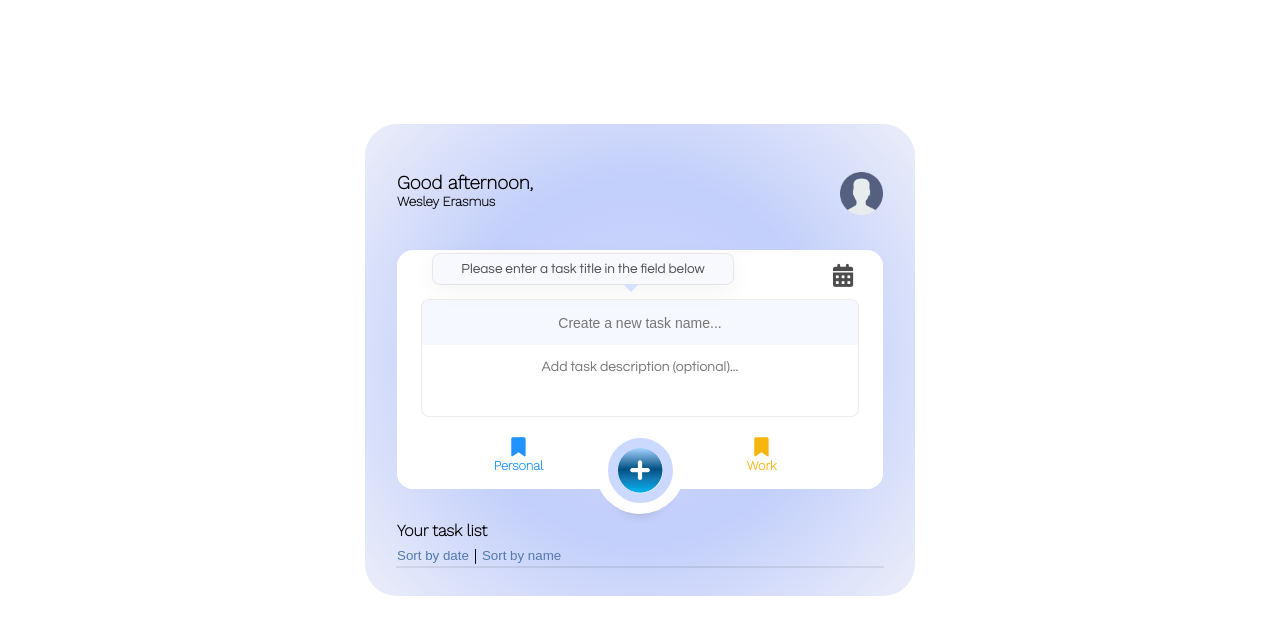
Repository: WesleyErasmus/Todo-App
Page: todoApp.html
These files come from the project's save history. The page is drawn as it stood at one moment and after the next save; the edit follows.
The browser window is 1280 px wide. The pictures show the whole page.
Some web libraries are served in a nearby version.

Above is the page before, as saved 2022-06-23 12:36:52.

### todoApp.html
<!DOCTYPE html>
<html lang="en">

<head>
    <meta charset="UTF-8">
    <meta http-equiv="X-UA-Compatible" content="IE=edge">
    <meta name="viewport" content="width=device-width, initial-scale=1.0">
    <title>Todo App</title>
    <script src="https://kit.fontawesome.com/81ea498f91.js" crossorigin="anonymous"></script>
    <link rel="stylesheet" href="/source/css/todoApp.css">
    <script src="/source/script/todoApp.js" defer></script>
</head>

<body>
    <!-- App wrapper -->
    <main class="app-wrapper">
        <!-- App header -->
        <header>
            <!-- Greeting and Name -->
            <div class="app-heading">
                <h3>Good afternoon, </h3>
                <h5>Wesley Erasmus</h5>
            </div>
            <!-- Profile picture -->
            <div id="profile-picture">
                <img src="/images/user.png" alt="" style="width: 43px;">
            </div>
        </header>

        <!-- Categories section -->
        <section>
            <form id="task-list-form">
                <div class="create-submit">
                    <span class="error-validation-message">Please enter a task title in the field below</span>
                    <!-- Task title input -->
                    <input type="text" name="title" id="title" placeholder="Create a new task name..." />
                    <!-- task description textarea -->
                    <textarea name="description" id="description" cols="30" rows="3" placeholder="Add task description (optional)..."></textarea>
                    <!-- Due date calendar icon -->
                    <span class="datePicker-toggle">
                        <span class="datePicker-toggle-button"></span>
                        <input type="date" name="date" class="datePicker-input">
                        <i class="fa-solid fa-calendar-days"></i>
                    </span>
                    <!-- Calendar tooltip message -->
                    <span class="calendar-tooltip">Add a due date</span>

                    <!-- task submit button -->
                    <button id="add-task-btn" type="submit" value="create-new-task">
                        <!-- add task button -->
                        <i class="fa-solid fa-circle-plus"></i>
                    </button>
                    <div class="circle onclick-background-change"></div>
                </div>

                <!-- Categories -->
                <div class="category-selectors">
                    <!-- Personal category -->
                    <label class="personal-category-btn onclick-background-change">
                        <input type="radio" name="category" value="Personal" class="personal-category"
                            id="personal-category"  />
                        <i class="fa-solid fa-bookmark"></i>
                        <h4 class="category-h4">Personal</h4>
                    </label>
                    <!-- Work category -->
                    <label class="work-category-btn onclick-background-change">
                        <input type="radio" name="category" value="Work" class="work-category" id="work-category" />
                        <i class="fa-solid fa-bookmark"></i>
                        <h4 class="category-h4">Work</h4>
                    </label>
                </div>
                <!-- End of categories div -->
                </div>
            </form>
        </section>

        <!-- Task list is created here, new tasks are outputted below -->
        <section class="todo-list-output">
            <div id="list-header">
                <div>Your task list</div>
            </div>
            <!-- SEARCH BAR -->
            <div id="search-filter-section">
                <!-- <form id="search-bar">
                <input type="text"
                id="search-bar"
                placeholder="Search for task...">
                <button type="submit"><i class="fa fa-search"
                id="search-submit-btn"></i></button>
                </form> -->
                <!-- filter dropdown  ***WORK IN PROGRESS*** -->
                <button id="sort-by-date" value="date">Sort by date</button>
                <p>|</p>
                <button id="sort-by-name" value="name">Sort by name</button>
                <!-- <form id="sort-tasks-form">
                    <select name="sort-by" id="sort-by">
                        <option >Sort</option>
                        <option id="sort-by-date" value="date">Sort by date</option>
                        <option id="sort-by-name" value="name">Sort by title</option>
                    </select>
                </form> -->

            </div>
            <!-- Actual task list output -->
            <div class="task-list" id="task-list">
                <!-- <div class="task-item">

                        <label id="personal-category-btn">
                        <input class="completed" type="checkbox" />
                        <input
                            type="radio"
                            name="category"
                            value="Work"
                            id="work-category" />
                            <i class="fa-solid fa-bookmark"></i>
                        </label>
                        <div class="task-content">
                            Test title
                            <p class="task-description">Lorem ipsum dolor sit amet consectetur adipisicing elit. Recusandae, deleniti.</p>
                        </div>

                        <div class="edit-delete">
                            <button class="edit"><i class="fa-solid fa-pencil"></i></button>
                            <button class="delete"><i class="fa fa-trash" aria-hidden="true"></i></button>
                            <button class="show-hide-description">Show description
                            </button>
                        </div>

                    </div> -->
            </div>
        </section>
    </main> <!-- End of App wrapper -->

</body>

</html>

### source/css/todoApp.css
/* GOOGLE FONT IMPORT */
@import url("https://fonts.googleapis.com/css2?family=Questrial&family=Work+Sans:wght@200&display=swap");

/* Font family CSS: */
/* font-family: "Work Sans", sans-serif; */
/* font-family: "Questrial", sans-serif; */

/* *** CSS VARIABLES *** */
:root {
  --light-background: #fff;
  --work: #f6b50f;
  --personal: #2093ff;
  /* --placeholder-text: #aeaeaec7; */
  --grey: #a9a9a9;
  --dark-grey: #4d4d4d;

  /* GRADIENT COLORS */
  --primary-gradient: -webkit-linear-gradient(
    top,
    #a7d4ff 0%,
    #005081 47%,
    #147bb6 70%,
    #00abe5 94%,
    #02a8e4 100%
  );
  --background: rgb(206, 217, 255);
  --background-color: radial-gradient(
    circle,
    rgba(206, 217, 255, 1) 0%,
    rgba(195, 207, 251, 1) 50%,
    rgba(235, 238, 249, 1) 100%
  );

  --delete: radial-gradient(
    circle,
    rgb(255, 9, 9) 26%,
    rgba(255, 88, 88, 1) 58%,
    rgb(255, 0, 0) 61%,
    rgba(255, 67, 67, 1) 68%
  );

  /* BOX-SHADOW */
  --box-shadow: rgba(0, 0, 0, 0.05) 0px 6px 24px 0px,
    rgba(0, 0, 0, 0.08) 0px 0px 0px 1px;
  /* TEXT-SHADOW */
  --text-shadows: rgba(0, 0, 0, 0.24) 0px 3px 8px;
}
/* END OF CSS VARIABLES */

/* UNIVERSAL SELECTOR STYLING */
* {
  box-sizing: border-box;
  margin: 0;
  padding: 0;
  list-style: none;
}
body {
  font-family: "Questrial", sans-serif;
}
/* END OF UNIVERSAL SELECTOR STYLING */

/* RADIO AND CHECKBOX INPUT STYLING */
/* Below removes input and checkbox default styling */
input:not([type="radio"]):not([type="checkbox"]),
button {
  appearance: none;
  border: none;
  outline: none;
  cursor: initial;
  background: none;
}
/* Removes the radio selector */
input[type="radio"] {
  display: none;
}
/* END OF RADIO AND CHECKBOX INPUT STYLING */

/* Removes textarea resize styling */
textarea {
  resize: none;
}

/* UNIVERSAL PLACEHOLDER TEXT STYLING */
::placeholder {
  /* Style placeholder text here */
}

/* UNIVERSAL BUTTON STYLING */
button {
  appearance: none;
  border: none;
  outline: none;
  background: none;
  cursor: initial;
  cursor: pointer;
}

/* APP WRAPPER/CONTAINER STYLING */
main {
  background: var(--background);
  background-image: var(--background-color);
  padding-top: 2rem;
  border-radius: 2rem;
  padding-left: 2rem;
  padding-right: 2rem;
  flex: 1 1 0%;
  align-items: center;
  justify-content: center;
  max-width: 550px;
  width: 100%;
  position: absolute;
  top: 50%;
  left: 50%;
  margin-right: -50%;
  transform: translate(-50%, -50%);
}
/* END OF APP WRAPPER/CONTAINER STYLING */

/* Styling for section HTML tags */
section {
  margin-top: 1rem;
  margin-bottom: 2rem;
}

/* Makes mouse cursor change to pointer when hovering over all labels */
label {
  cursor: pointer;
}

/* HEADER STYLING (Greeting, name, and profile image) */
header {
  display: flex;
  justify-content: space-between;
  padding: 1rem 0rem 1rem 0rem;
  border-radius: 1rem;
}

.app-heading {
    font-family: "Work Sans", sans-serif;
}
/* END OF HEADER STYLING */

/* TASK USER INPUTS STYLING */
#task-list-form {
  background-color: var(--light-background);
  border-radius: 1rem;
  padding-top: 1.65rem;
  margin: 0;
}
/* Container for input fields and the task submit button */
.create-submit {
  position: relative;
  display: flex;
  flex-direction: column;
  justify-content: center;
  align-items: center;
  text-align: center;
  margin-top: 0.5rem;
}
/* Title and description input field */
#title {
  background: rgb(246, 248, 255);
  display: block;
  width: 90%;
  font-size: 14px;
  text-align: center;
  border: 0.1px solid #ececec;
  border-top-left-radius: 0.5rem;
  border-top-right-radius: 0.5rem;
  border-bottom: none;
  padding: 0.9rem 0rem 0.9rem 0rem;
  margin-top: 15px;
}
#description {
  /* background-color: #ececec4e; */
  text-align: center;
  font-family: "Questrial", sans-serif;
  display: block;
  width: 90%;
  font-size: 14px;
  padding: 0.9rem;
  appearance: none;
  border: 0.1px solid #ececec;
  border-bottom-left-radius: 0.5rem;
  border-bottom-right-radius: 0.5rem;
  border-top: none;
  outline: none;
  cursor: initial;
}

/* Hover */
#title:hover,
#description:hover {
  border-radius: 0.5rem;
  /* background-color: #ececec4e; */
  background-color: #ececec4e;
  /* background: rgb(246, 248, 255); */
  width: 90%;
}
/* Add new task submit button */
#add-task-btn {
  z-index: 10;
  position: absolute;
  display: block;
  margin: 0 auto;
  bottom: -86px;
  color: #ffffff;
  background: var(--primary-gradient);
  -webkit-background-clip: text;
  -webkit-text-fill-color: transparent;
  border: 10px solid #cbd8ff;
  border-radius: 9999px;
  transition: all 0s;
}
/* Hover */
#add-task-btn:hover {
  opacity: 0.75;
  transform: translateY(-1px);
}
/* Click */
#add-task-btn:active {
  transform: translateY(1px);
}
/* Div circle container behind the task submit button */
.circle {
  z-index: -1;
  position: absolute;
  bottom: -142px;
  left: 50%;
  margin-right: -50%;
  transform: translate(-50%, -50%);
  width: 90px;
  height: 90px;
  background-color: var(--light-background);
  border-bottom-left-radius: 100px;
  border-bottom-right-radius: 100px;
  border: none;
  box-shadow: rgba(0, 0, 0, 0.45) 0px 20px 15px -25px;
}
/* Task submit button sizing */
.fa-circle-plus {
  font-size: 45px;
}
/* END OF TODO INPUTS AND SUBMIT BTN STYLING */

/* STYLING FOR CATEGORY BUTTONS, PERSONAL AND WORK */
.category-selectors {
  display: flex;
  justify-content: center;
  align-items: center;
  border-bottom-left-radius: 1rem;
  border-bottom-right-radius: 1rem;
}
/* Category labels */
.category-selectors label {
  display: flex;
  flex-direction: column;
  justify-content: center;
  align-items: center;
  background-color: var(--light-background);
  padding: 0.75rem 2rem;
}
.category-h4 {
  font-family: "Work Sans", sans-serif;
}
/* *** WORK IN PROGRESS *** */
/* .personal-category:checked ~ .category-h4 {
  border-bottom: 1px solid #00abe5;
}
.work-category:checked ~ .category-h4 {
  border-bottom: 1px solid #f6b50f;
} */

/* Color for personal category button */
.personal-category-btn {
  color: var(--personal);
  border-bottom-left-radius: 1rem;
}
/* Color for work category button */
.work-category-btn {
  color: var(--work);
  border-bottom-right-radius: 1rem;
}
/* Category button styling */
.work-category-btn,
.personal-category-btn {
  font-size: 0.8em;
  width: 100%;
  height: 70px;
  border: none;
  outline: none;
  margin-top: 2px;
  transition: all 0s;
}
/* Click styling */
label.work-category-btn:active {
  transform: translateY(0.5px);
  background-color: #f6b50f3a;
  border-bottom-left-radius: 1rem;
  border-bottom-right-radius: 1rem;
}
/* Click styling */
label.personal-category-btn:active {
  transform: translateY(0.5px);
  background-color: #2093ff2b;
  border-bottom-left-radius: 1rem;
  border-bottom-right-radius: 1rem;
}
/* Hover styling */
.work-category-btn:hover,
.personal-category-btn:hover {
  opacity: 0.75;
  transform: translateY(-1px);
  background-color: #ececec4e;
}
/*END OF STYLING FOR CATEGORY BUTTONS */

/* HEADER FOR TASK LIST */
#list-header {
  font-family: "Work Sans", sans-serif;
  width: 80%;
  display: flex;
  justify-content: space-between;
  margin-bottom: 0;
  font-weight: bold;
  margin-bottom: 0.5rem;
}
/* END HEADER FOR TASK LIST */

/* CONTAINER FOR SEARCH BAR AND SEARCH BUTTONS */
#search-filter-section {
  display: flex;
  margin-bottom: 3px;
}
/* Sort buttons */
#sort-by-date,
#sort-by-name {
  color: #5179b0;
}
/* Hover */
#sort-by-date:hover,
#sort-by-name:hover {
  opacity: 0.75;
  text-decoration: underline;
}
/* Sort buttons margin styling */
#sort-by-date {
  margin-right: 5px;
}
#sort-by-name {
  margin-left: 5px;
}
/* END OF SORT BUTTONS */

/* WORK IN PROGRESS */
/* select {
  font-family: "Questrial", sans-serif;
  font-size: 15px;
  margin-left: 0.3rem;
  margin-bottom: 15px;
  padding: 0.4rem;
  border: none;
  outline: 0;
  border-radius: 0.25rem;
  cursor: pointer;
  box-shadow: var(--box-shadow);
}
option {
  font-family: "Questrial", sans-serif;
  font-size: 12px;
} */
/* END OF STYLING FOR SORT BUTTON */

/* SEARCH BAR STYLING */
#search-bar {
  position: relative;
  display: flex;
  justify-content: center;
  align-items: center;
  width: 47%;
}
/* Search bar input field */
#search-bar input {
  display: block;
  width: 100%;
  font-size: 0.9rem;
  padding: 0.5rem 1.5rem;
  padding-right: 0rem;
  background-color: var(--light-background);
  border-radius: 0.5rem;
  margin-bottom: 1rem;
  box-shadow: var(--box-shadow);
}
/* Search submit button */
#search-submit-btn {
  position: absolute;
  display: block;
  right: 0rem;
  top: 0;
  background-color: var(--light-background);
  border-top-left-radius: 0.5rem;
  border-bottom-left-radius: 0.5rem;
  border-top-right-radius: 0.5rem;
  border-bottom-right-radius: 0.5rem;
  padding: 0.53rem;
  color: var(--grey);
}
/*END OF SEARCH BAR STYLING */

/* END OF CONTAINER FOR SEARCH BAR AND SEARCH BUTTONS */

/* TASK LIST WHERE NEW TASKS ARE DISPLAYED */
#task-list {
  border-radius: 1rem;
  background-color: var(--light-background);
  box-shadow: var(--box-shadow);
}
/* Task item styling (styling for each created task*/
#task-list .task-item {
  display: flex;
  justify-content: space-between;
  padding: 1.2rem 1.5rem;
  margin-bottom: 0rem;
  border-bottom: 0.01px solid rgba(229, 225, 225, 0.919);
}
/* Hover */
div.task-item:hover {
  border-radius: 0.5rem;
  background-color: #ececec4e !important;
}
/* Task title font sizing */
input.task-title {
  color: #141823;
  font-weight: 540;
  font-size: 15px;
  width: 100%;
  margin-bottom: 5px;
}
/* Task description styling */
p.task-description {
  display: none;
  font-size: 14px;
  padding: 6px 3px 5px;
  border-radius: 7px;
  color: #373D3F;
  line-height: 1.1;

}
/*Task content container styling which contains:
Task title, Task description, Show description button */
.task-content {
  width: 100%;
  margin-left: 20px;
}
/* Task item flex display */
.task-content .task-item {
  flex: 1 1 0%;
}
/* Task item styling */
.task-content .task-item .text {
  color: var(--dark-grey);
  width: 100%;
  display: block;
  transition: 0.4s;
}
/* END OF TASK LIST STYLING */

/* EDIT & DELETE BUTTON STYLING */
.edit,
.delete {
  position: relative;
  right: -10px;
  top: -4px;
  transition: all 0.1s;
  cursor: pointer;
  font-size: 0.8rem;
}
/* Edit & delete button container */
.edit-delete {
  display: flex;
  height: 30px;
  flex-direction: row;
  justify-content: flex-start;
}
/* Hover */
.edit:hover,
.delete:hover {
  opacity: 0.75;
}
/* Click */
.edit:active,
.delete:active,
.fa-floppy-disk:active {
  transform: translateY(1px);
}
/* END OF EDIT & DELETE BUTTON STYLING */

/* TASK DESCRIPTION SHOW / HIDE STYLING */
/* Show/hide button styling */
.show-hide-description {
  margin-bottom: 5px;
  font-size: 0.8rem;
  position: relative;
  color: #5179b0;
}
/* Hover */
.show-hide-description:hover {
  opacity: 0.75;
  text-decoration: underline;
}
/* Click */
.show-hide-description:active {
  color: var(--dark-grey);
}
/* END OF TASK DESCRIPTION BUTTON STYLING */

/* FONT-AWESOME BUTTON STYLING */
/* EDIT BUTTON STYLING */
.fa-pencil {
  font-size: 1.1rem;
  margin: 5px;
  background: rgb(100,134,255);
  background: linear-gradient(90deg, rgb(38, 85, 255) 21%, rgb(75, 114, 255) 39%, rgb(107, 137, 255) 62%, rgb(35, 83, 255) 86%);
  -webkit-background-clip: text;
  -webkit-text-fill-color: transparent;
}
/* DELETE BUTTON STYLING */
.fa-trash {
  font-size: 1.1rem;
  margin: 5px;
  background: var(--delete);
  -webkit-background-clip: text;
  -webkit-text-fill-color: transparent;
}
/* SAVE BUTTON STYLING */
.fa-floppy-disk {
  font-size: 1.1rem;
  margin: 5px;
  background: var(--primary-gradient);
  -webkit-background-clip: text;
  -webkit-text-fill-color: transparent;
}
/* Category bookmark styling (icon color is styled in .personal-category-btn & .work-category-btn) */
.fa-bookmark {
  font-size: 1.2rem;
  margin-top: 3px;
}
/* END OF FONT-AWESOME BUTTON STYLING */

/* Strike-through for completed tasks ***NOT WORKING ON TASK DESCRIPTION*** */
.task-item.completed .task-content input {
  text-decoration: line-through;
  color: var(--grey);
}



.datePicker-toggle {
  display: inline-block;
  position: absolute;
  right: 30px;
  top: -20px;
}

.datePicker-input {
  position: absolute;
  left: 0;
  top: 0;
  width: 100%;
  height: 100%;
  opacity: 0;
  cursor: pointer;
  box-sizing: border-box;
}
/* Tooltip hover styling */
.datePicker-toggle:hover {
  opacity: 0.85;
}
.datePicker-toggle:active {
  transform: translateY(1px);
}

.datePicker-toggle:hover + .calendar-tooltip {
  visibility: visible;
  opacity: 1;
}

.datePicker-input::-webkit-calendar-picker-indicator {
  position: absolute;
  left: 0;
  top: 0;
  width: 100%;
  height: 100%;
  margin: 0;
  padding: 0;
  cursor: pointer;
}

/* Tooltip styling */
.calendar-tooltip {
  visibility: hidden;
  position: absolute;
  width: 140px;
  height: 30px;
  right: 35px;
  top: -60px;
  font-size: 0.85rem;
  background-color: #f7f9ff;
  color: var(--dark-grey);
  text-align: center;
  padding: 8px 0;
  border-radius: 7px;
  z-index: 1;
  box-shadow: var(--box-shadow);
  /* Tooltip fade effect */
  opacity: 0;
  transition: opacity 1s;
}

/* Tooltip styling */
.calendar-tooltip::after {
  content: "";
  position: absolute;
  top: 100%;
  left: 85%;
  margin-left: -5px;
  border-width: 5px;
  border-style: solid;
  border-color: #d6e0ff transparent transparent transparent;
}

.fa-calendar-days {
  font-size: 23px;
  color: var(--dark-grey);
}

.task-due-date {
  font-size: 0.85rem;
  color: var(--grey);
}
.error-validation-message {
  position: absolute;
  width: 300px;
  height: 30px;
  right: 150px;
  top: -30px;
  font-size: 0.85rem;
  background-color: #f7f9ff;
  color: var(--dark-grey);
  text-align: center;
  padding: 8px 0;
  border-radius: 7px;
  z-index: 1;
  box-shadow: var(--box-shadow);
  /* Tooltip fade effect */
  /* opacity: 0;
  transition: opacity 1s; */
}

/* Tooltip styling */
.error-validation-message::after {
  content: "";
  position: absolute;
  top: 100%;
  left: 65%;
  margin-left: -5px;
  border-width: 8px;
  border-style: solid;
  border-color: #d6e0ff transparent transparent transparent;
}

Loaded but not shown: source/script/todoApp.js (234 lines, source omitted)

After the next save:
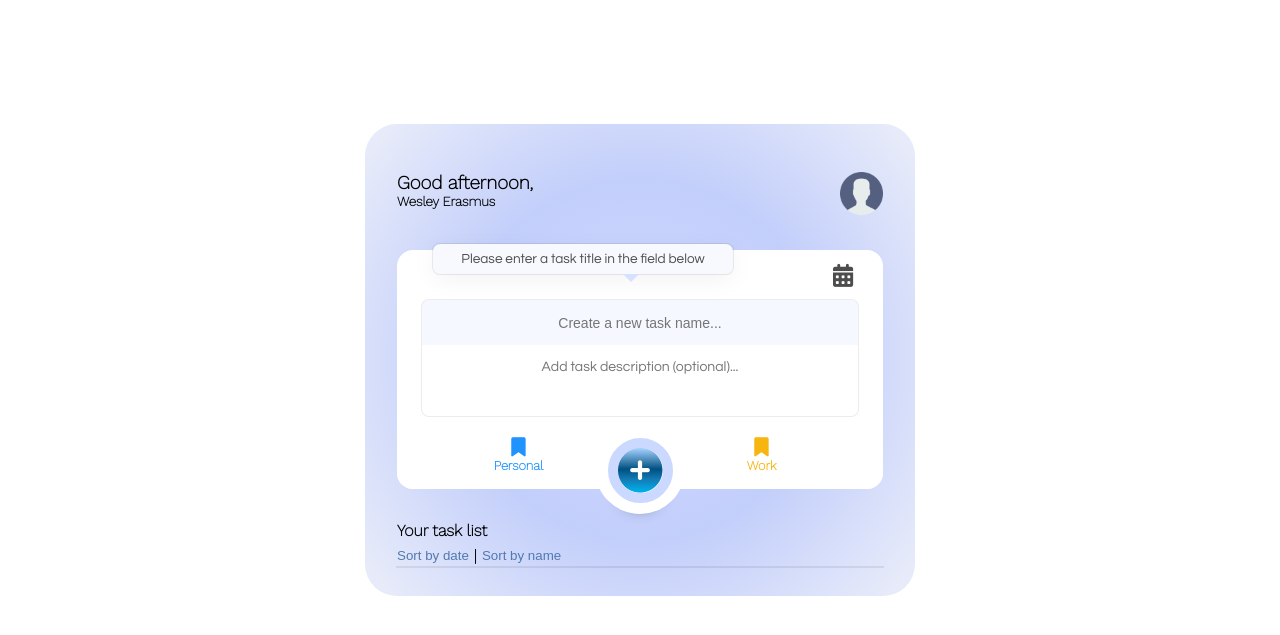
Saved 5 s later.
--- a/source/css/todoApp.css
+++ b/source/css/todoApp.css
@@ -643,7 +643,7 @@ Task title, Task description, Show description button */
   width: 300px;
   height: 30px;
   right: 150px;
-  top: -30px;
+  top: -40px;
   font-size: 0.85rem;
   background-color: #f7f9ff;
   color: var(--dark-grey);
